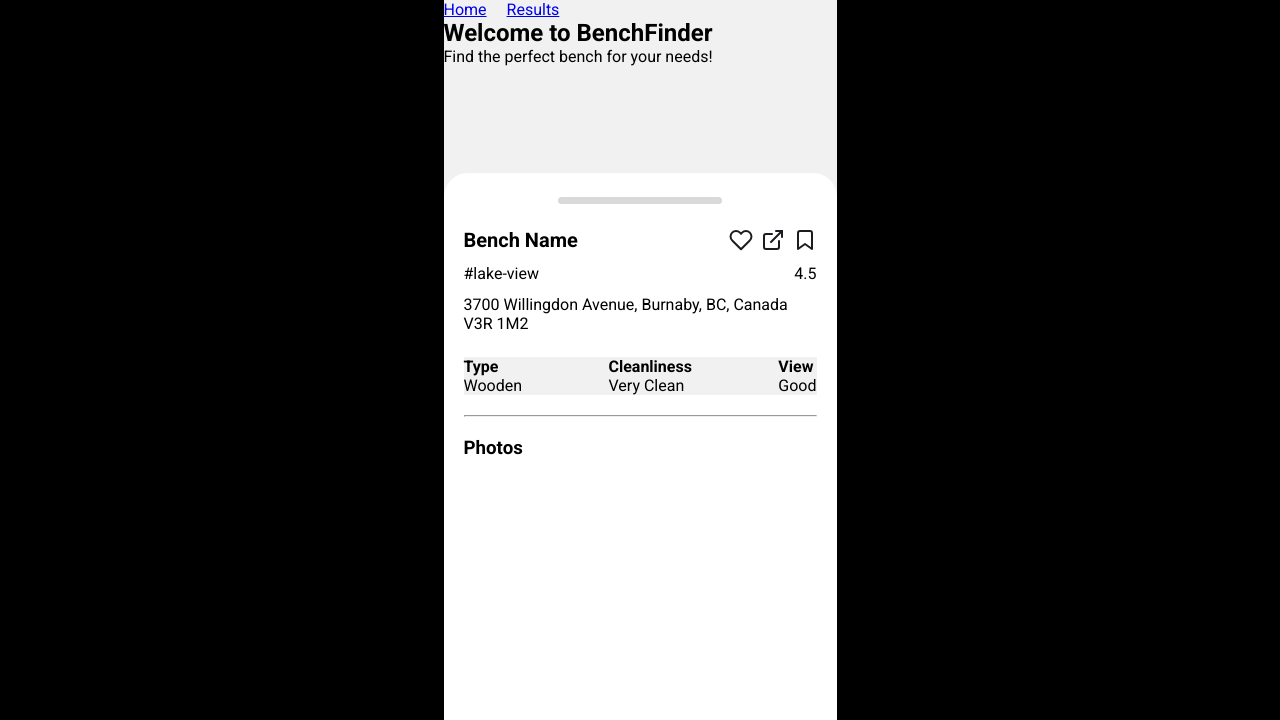
Repository: HidayatPatil/BenchFinder
Page: /
These files come from the project's save history. The page is drawn as it stood at one moment and after the next save; the edit follows.
The browser window is 1280 px wide. The pictures show the whole page.
The project was rebuilt for these pictures with package versions that can differ from the ones it lists, and the page was loaded fresh each time. Also part of the build but not shown: vite.config.js, src/Results.jsx.

Above is the page before, as saved 2025-10-09 21:34:31.

After the next save:
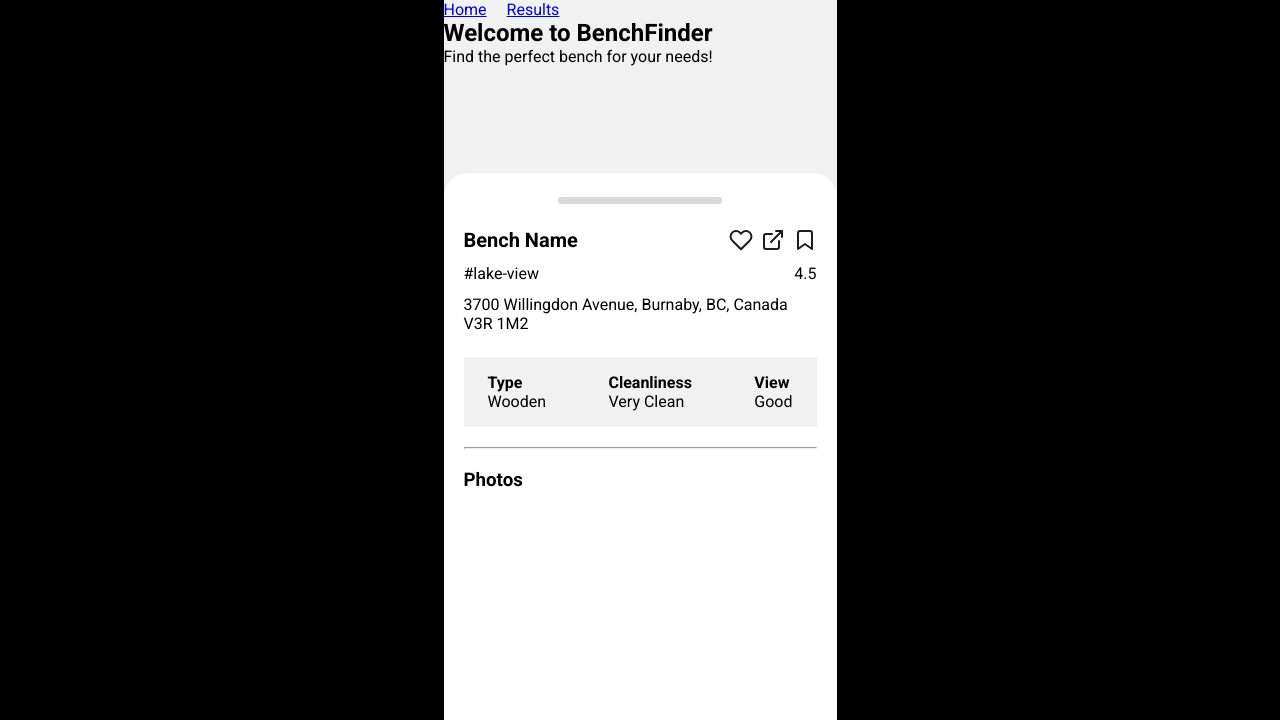
Saved 18 s later.
--- a/src/index.css
+++ b/src/index.css
@@ -105,5 +105,6 @@ body, html {
     justify-content: space-between;
     align-items: center;
     background-color: #F1F1F1;
+    padding: 16px 24px;
 
 }
